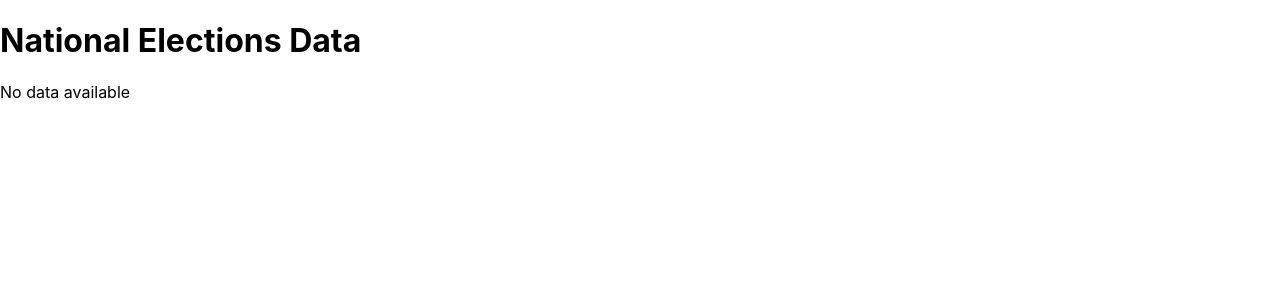
Repository: purushotham012355/votingfrontend
Page: /
An editor plug-in stored every save of this project. The page is shown before and after the next save, followed by the edit.
The browser window is 1280 px wide. The pictures show the whole page.
The page's requests for data from a server got no answer. The project was rebuilt for these pictures with package versions that can differ from the ones it lists, and the page was loaded fresh each time. No one was signed in, and anything a server would have sent is missing.

Above is the page before, as saved 2025-03-15 14:53:44.

### src/App.js
import React, { useEffect, useState } from "react";

function App() {
  const [data, setData] = useState([]);

  useEffect(() => {
    fetch("http://localhost:5000/api/national-elections")
      .then((response) => response.json())
      .then((data) => {
        console.log("Fetched Data:", data); // Debug log
        setData(data);
      })
      .catch((error) => console.error("Error fetching data:", error));
  }, []);

  return (
    <div>
      <h1>National Elections Data</h1>
      {data.length === 0 ? (
        <p>No data available</p>
      ) : (
        <table border="1">
          <thead>
            <tr>
              <th>ID</th>
              <th>Candidate</th>
              <th>Party</th>
              <th>Votes</th>
            </tr>
          </thead>
          <tbody>
            {data.map((item) => (
              <tr key={item.id}>
                <td>{item.id}</td>
                <td>{item.candidate}</td>
                <td>{item.party}</td>
                <td>{item.votes}</td>
              </tr>
            ))}
          </tbody>
        </table>
      )}
    </div>
  );
}

export default App;

Loaded but not shown: public/index.html (common file); src/index.js (common file); src/index.css (common file); src/reportWebVitals.js (common file)

After the next save:
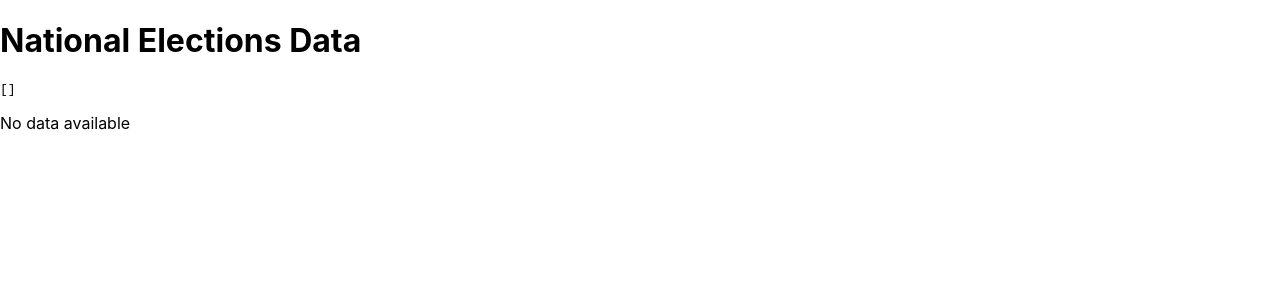
Saved 3 min 22 s later.
--- a/src/App.js
+++ b/src/App.js
@@ -7,7 +7,7 @@ function App() {
     fetch("http://localhost:5000/api/national-elections")
       .then((response) => response.json())
       .then((data) => {
-        console.log("Fetched Data:", data); // Debug log
+        console.log("Fetched Data:", data); // ✅ Check API Response in Console
         setData(data);
       })
       .catch((error) => console.error("Error fetching data:", error));
@@ -16,6 +16,8 @@ function App() {
   return (
     <div>
       <h1>National Elections Data</h1>
+      <pre>{JSON.stringify(data, null, 2)}</pre> {/* ✅ Debugging Line */}
+
       {data.length === 0 ? (
         <p>No data available</p>
       ) : (
@@ -29,8 +31,8 @@ function App() {
             </tr>
           </thead>
           <tbody>
-            {data.map((item) => (
-              <tr key={item.id}>
+            {data.map((item, index) => (
+              <tr key={index}>
                 <td>{item.id}</td>
                 <td>{item.candidate}</td>
                 <td>{item.party}</td>
